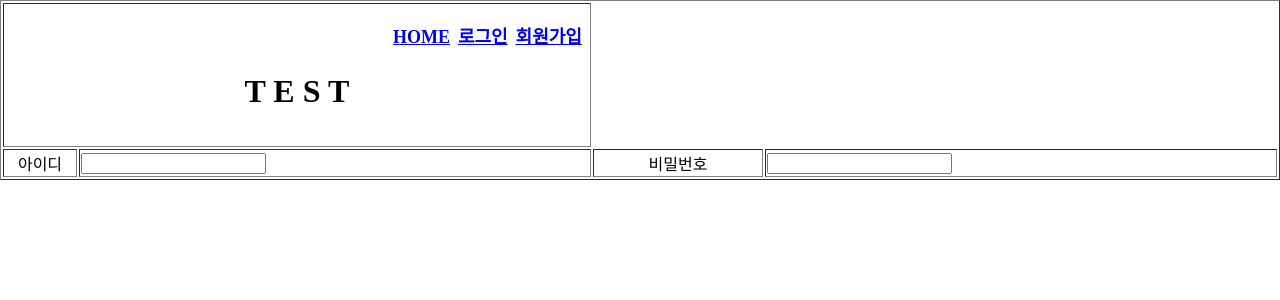
Repository: CHANGMAN-LEE/Java_ee
Page: http://localhost/test/test/loginForm.jsp
These files come from the project's save history. The page is drawn as it stood at one moment and after the next save; the edit follows.
The browser window is 1280 px wide. The pictures show the whole page.
The page is served by Tomcat 9.

Above is the page before, as saved 2020-07-09 06:21:18.

After the next save:
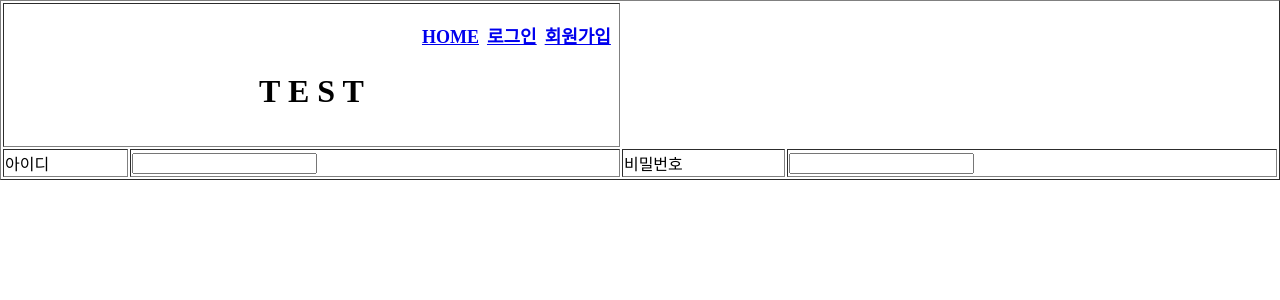
Saved 36 s later.
--- a/workspace/test/WebContent/test/loginForm.jsp
+++ b/workspace/test/WebContent/test/loginForm.jsp
@@ -14,13 +14,13 @@
 	</tr>
 
 	<tr>
-		<td width="70" align="center">아이디</td>
+		<td>아이디</td>
 		<td>
 			<input type="text" name="id" class="id">
 			<div class="idDiv"></div>
 		</td>
 
-		<td align="center">비밀번호</td>
+		<td>비밀번호</td>
 		<td>
 			<input type="password" name="pwd" class="pwd">
 			<div class="pwdDiv"></div>
